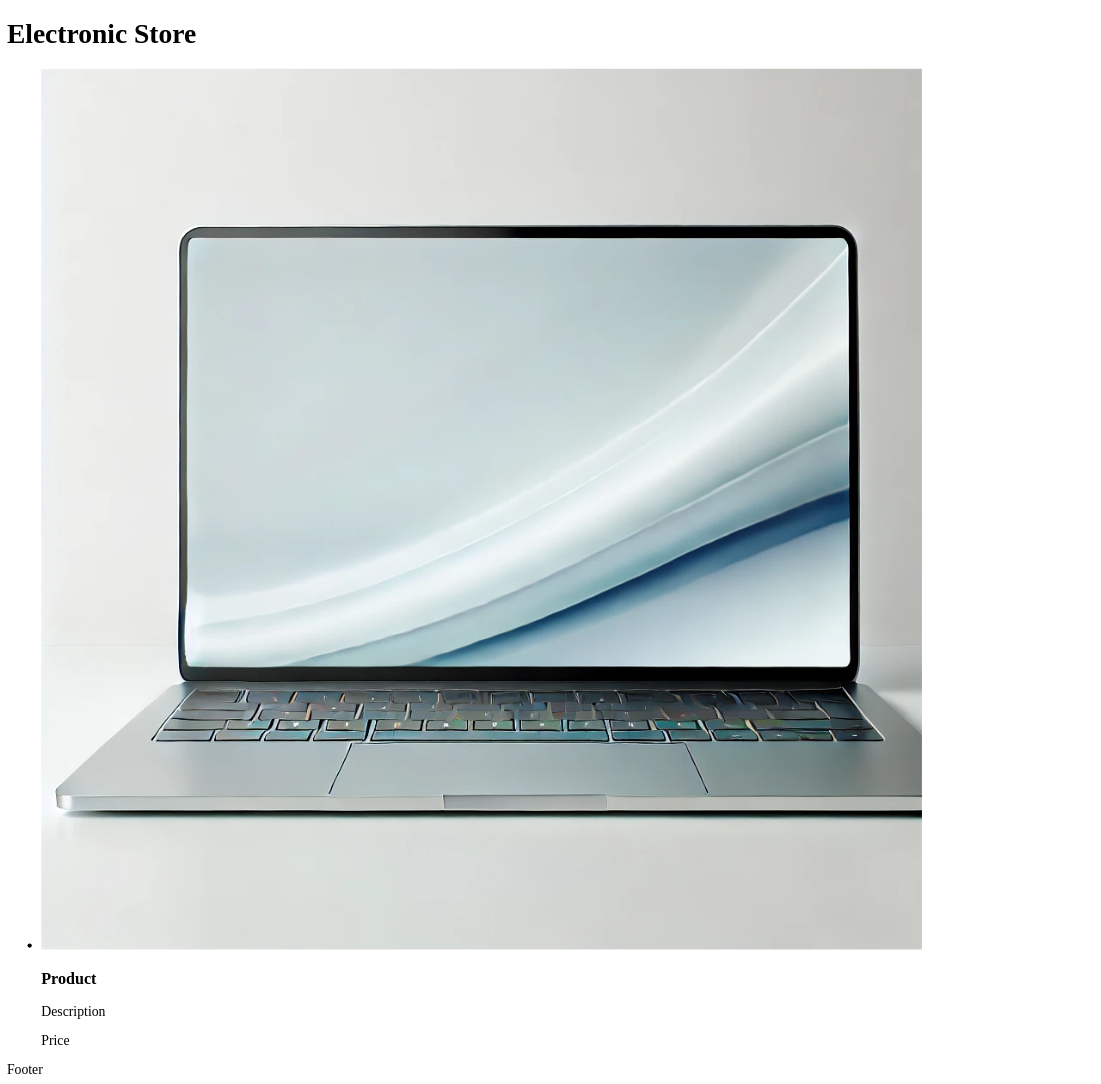
Repository: Lithium87/e-Strore
Page: /
The author's editor kept a copy of each file at every save. The page is drawn from the files as they stood at one save, then again after the next save.
The browser window is 1280 px wide. The pictures show the whole page, at 86% of full size.
The project was rebuilt for these pictures with package versions that can differ from the ones it lists, and the page was loaded fresh each time. Also part of the build but not shown: vite.config.js.

Above is the page before, as saved 2025-07-05 15:01:56.

### src/main.jsx
import {StrictMode} from 'react';
import {createRoot} from 'react-dom/client';
import App from './App.jsx';

createRoot (document.getElementById ('root')).render (
  <StrictMode>
    <App />
  </StrictMode>
);

### src/App.jsx
import React from 'react';

const productData = [
  {
    name: 'Laptop Pro',
    description: 'High-performance laptop for professionals.',
    price: 1200,
    photoName: '/laptop.png',
    soldOut: false,
  },
  {
    name: 'Smartphone X',
    description: 'Latest model with stunning display.',
    price: 800,
    photoName: '/smartphone.png',
    soldOut: false,
  },
  {
    name: 'Wireless Headphones',
    description: 'Noise-cancelling headphones with great sound quality.',
    price: 200,
    photoName: '/headphones.png',
    soldOut: false,
  },
  {
    name: 'Smartwatch Z',
    description: 'Stylish smartwatch with fitness tracking features.',
    price: 150,
    photoName: '/smartwatch.png',
    soldOut: false,
  },
  {
    name: 'Gaming Console',
    description: 'Powerful gaming console for endless fun.',
    price: 400,
    photoName: '/console.png',
    soldOut: true,
  },
  {
    name: '4K TV',
    description: 'Ultra HD television with vibrant colors.',
    price: 1000,
    photoName: '/tv.png',
    soldOut: false,
  },
];

const App = () => {
  return (
    <div>
      <Header />
      <Catalog />
      <Footer />
    </div>
  );
};

const Header = () => {
  return (
    <header>
      <h1>Electronic Store</h1>
    </header>
  );
};

const Catalog = () => {
  return (
    <main>
      <ul>
        <Product />
      </ul>
    </main>
  );
};

const Product = () => {
  return (
    <li>
      <img src="/laptop.png" alt="" />
      <div>
        <h3>Product</h3>
        <p>Description</p>
        <span>Price</span>
      </div>
    </li>
  );
};

const Footer = () => {
  return <footer>Footer</footer>;
};

export default App;

Loaded but not shown: index.html (common file)

After the next save:
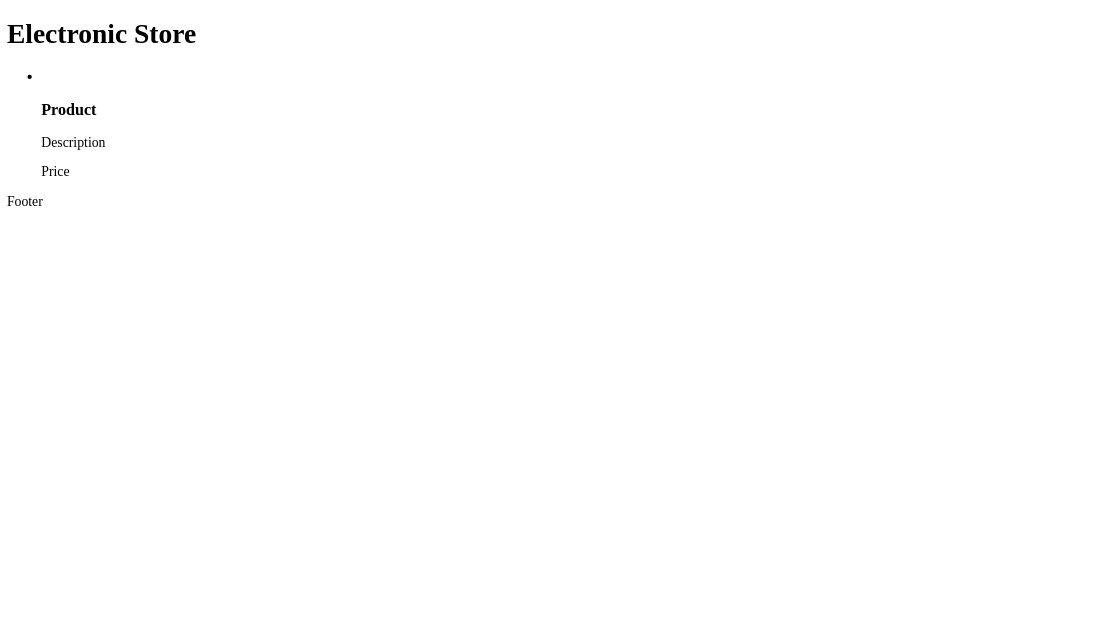
Saved 2 min 31 s later.
--- a/src/App.jsx
+++ b/src/App.jsx
@@ -76,7 +76,7 @@
 const Product = () => {
   return (
     <li>
-      <img src="/laptop.png" alt="" />
+      <img src={productData.photoName} alt="" />
       <div>
         <h3>Product</h3>
         <p>Description</p>

After the save that followed:
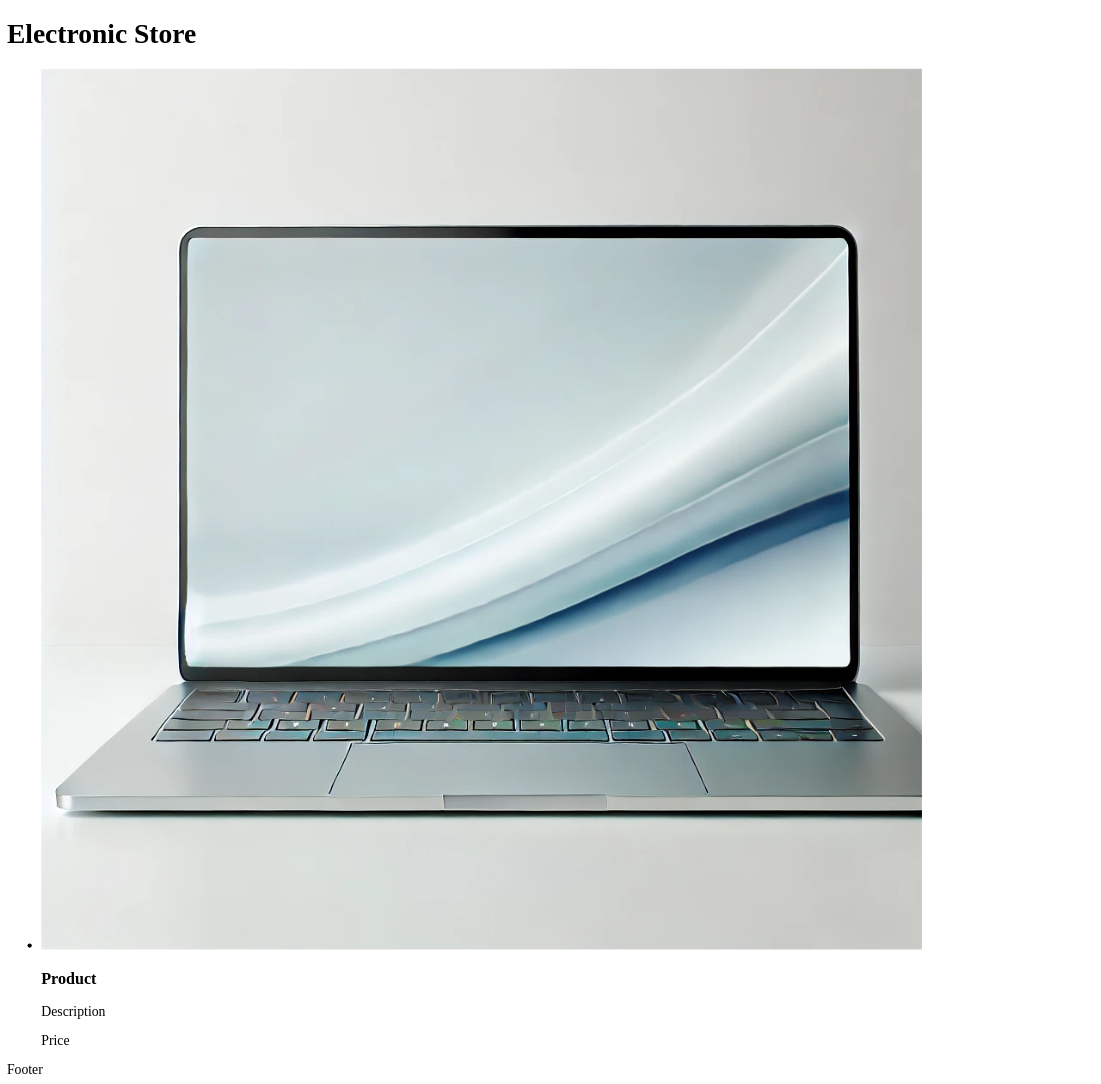
Saved 17 s later.
--- a/src/App.jsx
+++ b/src/App.jsx
@@ -76,7 +76,7 @@
 const Product = () => {
   return (
     <li>
-      <img src={productData.photoName} alt="" />
+      <img src={productData[0].photoName} alt="" />
       <div>
         <h3>Product</h3>
         <p>Description</p>
